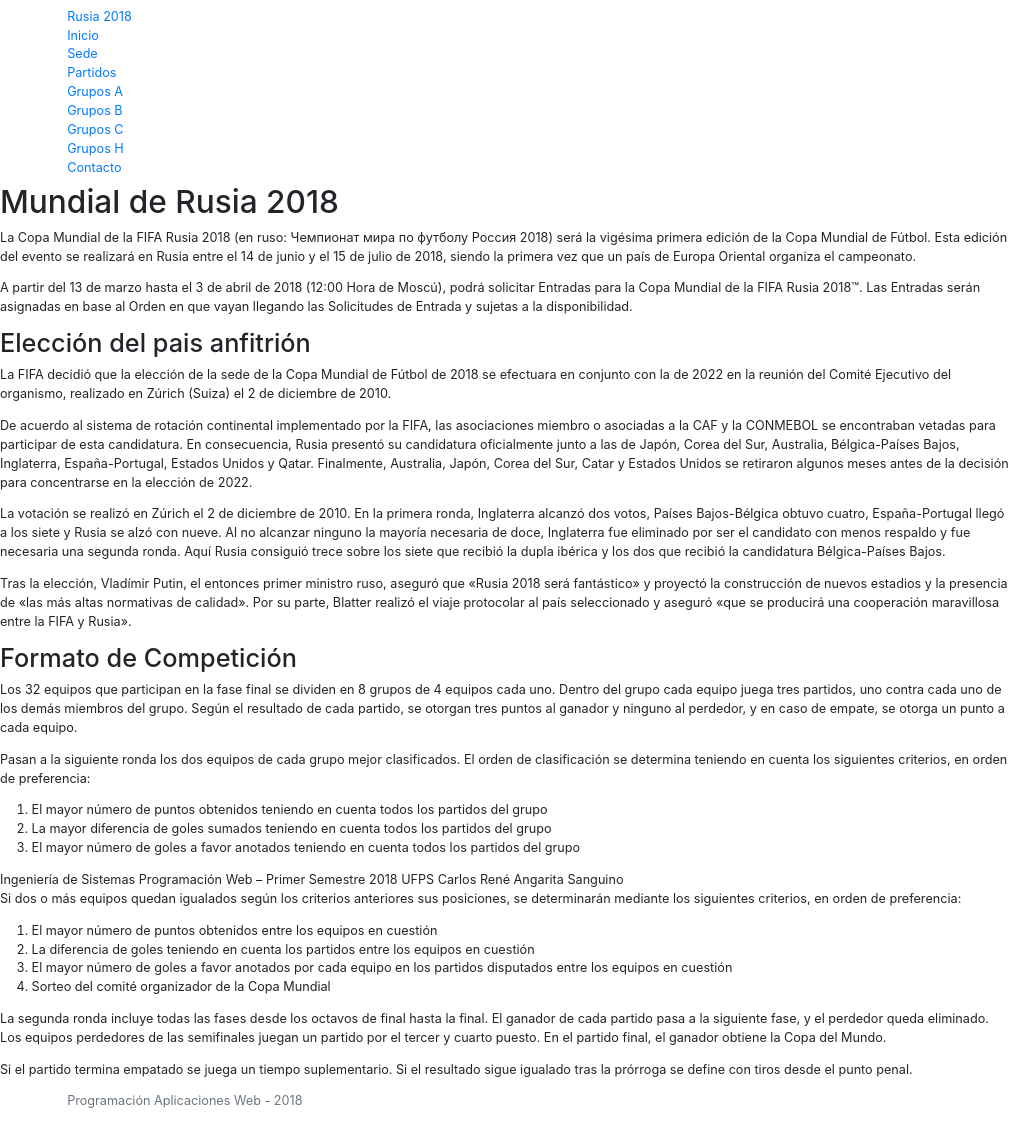
Repository: AndreyRi13/PracticaBootstrap
Page: index.html
The author's editor kept a copy of each file at every save. The page is drawn from the files as they stood at one save, then again after the next save.
The browser window is 1280 px wide. The pictures show the whole page, at 79% of full size.

Above is the page before, as saved 2020-09-24 16:30:34.
Console error (its wording comes from the project's code and is left out).

After the next save:
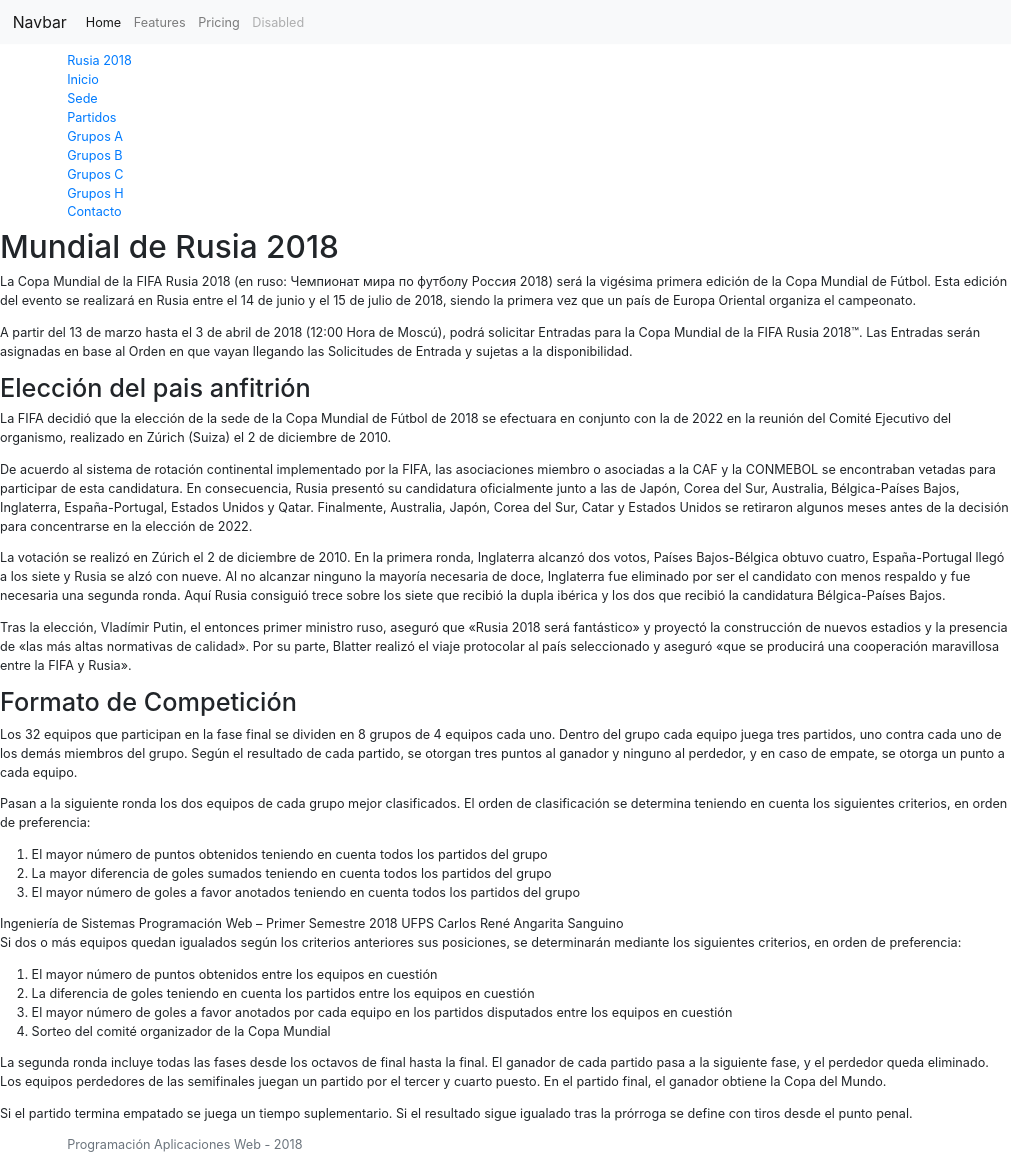
Saved 2 s later.
--- a/index.html
+++ b/index.html
@@ -15,7 +15,28 @@
 </head>
 <body>
 
-
+    <nav class="navbar navbar-expand-lg navbar-light bg-light">
+        <a class="navbar-brand" href="#">Navbar</a>
+        <button class="navbar-toggler" type="button" data-toggle="collapse" data-target="#navbarNav" aria-controls="navbarNav" aria-expanded="false" aria-label="Toggle navigation">
+          <span class="navbar-toggler-icon"></span>
+        </button>
+        <div class="collapse navbar-collapse" id="navbarNav">
+          <ul class="navbar-nav">
+            <li class="nav-item active">
+              <a class="nav-link" href="#">Home <span class="sr-only">(current)</span></a>
+            </li>
+            <li class="nav-item">
+              <a class="nav-link" href="#">Features</a>
+            </li>
+            <li class="nav-item">
+              <a class="nav-link" href="#">Pricing</a>
+            </li>
+            <li class="nav-item">
+              <a class="nav-link disabled" href="#" tabindex="-1" aria-disabled="true">Disabled</a>
+            </li>
+          </ul>
+        </div>
+      </nav>
     <nav class="navbar navbar-default">
         <div class="container">
         <div class="navbar-header">
